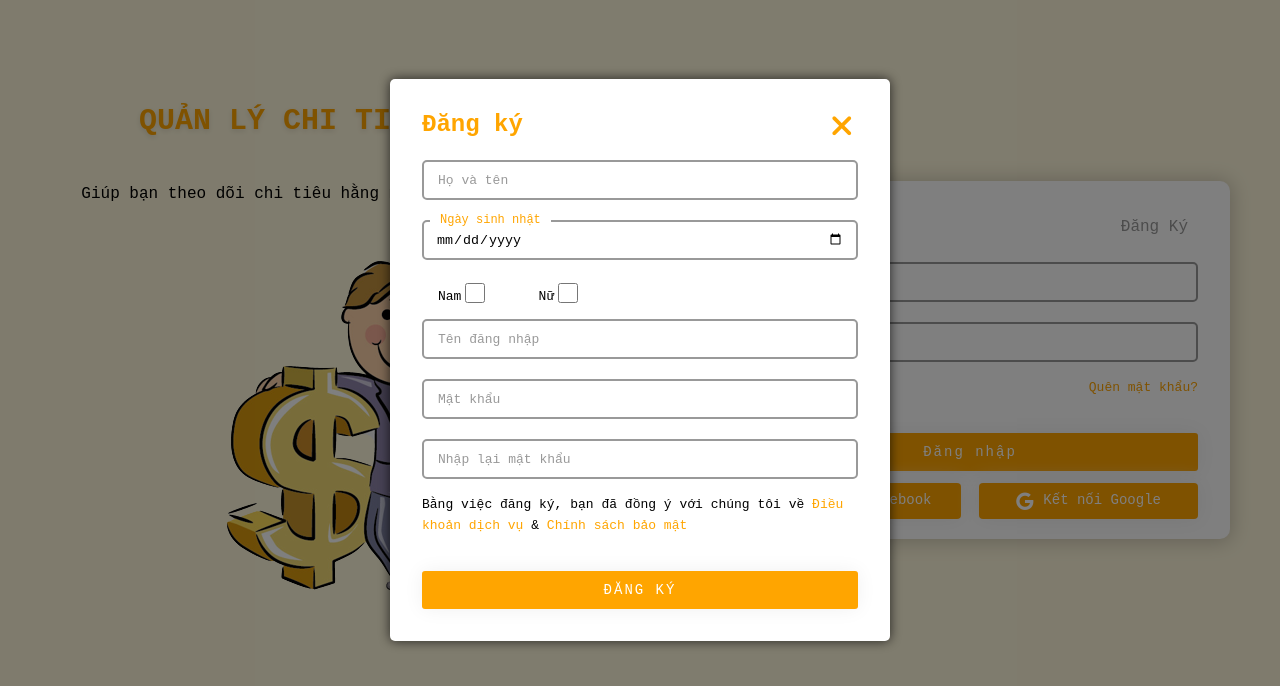
Repository: ximvhs/sochitieu
Page: start.html
These files come from the project's save history. The page is drawn as it stood at one moment and after the next save; the edit follows.
The browser window is 1280 px wide. The pictures show the whole page.
Some web fonts or font styles are not loaded; a fallback is used.

Above is the page before, as saved 2023-04-05 22:28:56.

### start.html
<!DOCTYPE html>
<html lang="en">
<head>
    <meta charset="UTF-8">
    <meta http-equiv="X-UA-Compatible" content="IE=edge">
    <meta name="viewport" content="width=device-width, initial-scale=1.0">
    <title>Đăng nhập</title>
    <link rel="stylesheet" href="./assets/css/login.css">
    <link rel="stylesheet" href="./assets/css/grid.css">
    <link rel="stylesheet" href="./assets/css/resets.css">
    <link rel="stylesheet" href="./assets/css/responsive.css">
    <link rel="stylesheet" href="./assets/css/base.css">
    <link rel="stylesheet" href="./themify-icons-font/themify-icons/themify-icons.css">
    <link rel="stylesheet" href="https://fonts.googleapis.com/css2?family=Material+Symbols+Outlined:opsz,wght,FILL,GRAD@20..48,100..700,0..1,-50..200" />
    <link rel="preconnect" href="https://fonts.googleapis.com">
    <link rel="preconnect" href="https://fonts.gstatic.com" crossorigin>
    <link href="https://fonts.googleapis.com/css2?family=Dongle:wght@700&display=swap" rel="stylesheet">
    <link rel="preconnect" href="https://fonts.gstatic.com">
    <link href="https://fonts.googleapis.com/css2?family=Open+Sans:ital,wght@0,400;0,600;0,700;0,800;1,400&display=swap"
    rel="stylesheet">
    <link rel="stylesheet" href="https://cdnjs.cloudflare.com/ajax/libs/font-awesome/6.4.0/css/all.min.css" integrity="sha512-iecdLmaskl7CVkqkXNQ/ZH/XLlvWZOJyj7Yy7tcenmpD1ypASozpmT/E0iPtmFIB46ZmdtAc9eNBvH0H/ZpiBw==" crossorigin="anonymous" referrerpolicy="no-referrer" />
</head>
<body>
    <form action="">
        <div class="modal js-show_login">
                <div class="modal__body">
                    <div class="auth-form--left">
                        <H1>QUẢN LÝ CHI TIÊU CÁ NHÂN</H1>
                        <p>Giúp bạn theo dõi chi tiêu hằng ngày một cách thông minh!</p>
                        <img src="./img/logo-login.png" alt="">
                    </div>
                    <div class="auth-form--right js-auth-form">
                        <div class="auth-form__container">
                            <div class="auth-form__header">
                                <h3 class="auth-form__heading">Đăng Nhập</h3>
                                <span class="auth-form__switch-btn js-register">Đăng Ký</span>
                            </div>

                            <div class="auth-form__form">
                                <div class="auth-form__group">
                                    <input type="text" class="auth-form__input" required placeholder=" ">
                                    <div class="form-label">Tên đăng nhập</div>
                                </div>
                                <div class="auth-form__group">
                                    <input type="password" class="auth-form__input" required placeholder=" ">
                                    <div class="form-label">Mật khẩu</div>
                                </div>
                            </div>

                            <div class="auth-form__aside">
                                <p class="auth-form__policy-text">
                                    <a href="#" class="auth-form__text-link">Quên mật khẩu?</a>
                                </p>
                            </div>

                            <div class="auth-form__controls">
                                <button class="btn btn--normal btn--primary">Đăng nhập</button>
                            </div>

                            <div class="auth-form__socials">
                                <a href="#" class="auth-form__socials--facebook btn btn--size-s btn--with-icon">
                                    <i class="auth-form__socials-icon fab fa-facebook-square"></i>
                                    <span class="auth-form__socials-text">Kết nối Facebook</span>
                                </a>
                                <a href="#" class="auth-form__socials--google btn btn--size-s btn--with-icon">
                                    <i class="auth-form__socials-icon fab fa-google"></i>
                                    <span class="auth-form__socials-text">Kết nối Google</span>
                                </a>
                            </div>
                        </div>

                    </div>
                </div>
        </div>
    </form>

    <form action="">
        <div class="modal_register js-show_register open">
                <div class="modal__body_register">
                     <div class="auth-form js-auth-form">
                        <div class="auth-form__container">
                            <div class="auth-form__header">
                                <h3 class="auth-form__heading">Đăng ký</h3>
                                <i class="fa-solid fa-xmark auth-form__heading--close js-close"></i>
                            </div>

                            <div class="auth-form__form">
                                <div class="auth-form__group">
                                    <input type="text" class="auth-form__input" required placeholder=" ">
                                    <div class="form-label">Họ và tên</div>
                                </div>
                                <div class="auth-form__group">
                                    <input type="date" class="auth-form__input" required placeholder=" ">
                                    <div class="form-label">Ngày sinh nhật</div>
                                </div>
                                <div class="auth-form__group_sex">
                                    <div class="list__sex">
                                        <div class="form-label">Nam</div>
                                        <input type="checkbox" class="auth-form__input-radio" required placeholder=" ">
                                    </div>
                                    <div class="list__sex">
                                        <div class="form-label">Nữ</div>
                                        <input type="checkbox" class="auth-form__input-radio" required placeholder=" ">
                                    </div>
                                </div>
                                <div class="auth-form__group">
                                    <input type="text" class="auth-form__input" required placeholder=" ">
                                    <div class="form-label">Tên đăng nhập</div>
                                </div>
                                <div class="auth-form__group">
                                    <input type="password" class="auth-form__input" required placeholder=" ">
                                    <div class="form-label">Mật khẩu</div>
                                </div>
                                <div class="auth-form__group">
                                    <input type="password" class="auth-form__input" required placeholder=" ">
                                    <div class="form-label">Nhập lại mật khẩu</div>
                                </div>
                            </div>

                            <div class="auth-form__aside">
                                <p class="auth-form__policy-text">
                                    Bằng việc đăng ký, bạn đã đồng ý với chúng tôi về
                                    <a href="#" class="auth-form__text-link">Điều khoản dịch vụ</a> &
                                    <a href="#" class="auth-form__text-link">Chính sách bảo mật</a>
                                </p>
                            </div>
                            <div class="auth-form__controls">
                                <button class="btn btn--normal btn--primary">ĐĂNG KÝ</button>
                            </div>
                        </div>

                    </div>
                </div>
        </div>
    </form>

   <script src="./start.js"></script>
</body>

</html>

### assets/css/login.css
.modal {
    /* background-image: linear-gradient(to top right, var(--primary-color), var(--secondary-color)); */
    background-color: var(--primary-color);
    height: 100vh;
}

.modal__body {
    height: 100vh;
    display: flex;
    justify-content: space-between;
    align-items: center;

}

.auth-form--left {
    height: 100vh;
    display: flex;
    justify-content: center;
    align-items: center;
    flex-direction: column;
    flex: 1;
}

.auth-form--left h1 {
    width: 100%;
    text-align: center;
    padding: 0;
    margin-top: 32px;
    font-size: 30px;
    color: var(--secondary-color);
    text-shadow: 0 2px 5px #33333323;
}

.auth-form--left p {
    width: 100%;
    text-align: center;
    padding: 0;
    margin-top: 32px;
    font-size: 16px;
    /* color: var(--secondary-color);
    text-shadow: 0 2px 5px #33333323; */
}



/* modal */
.itemhd button {
    height: 35px;
    width: 90px;
    margin-left: 10px;
    cursor: pointer;
    background-color: var(--secondary-color);
    border: none;
    border-radius: var(--border-box);
    padding: 5px;
    color: white;
    font-size: 14px;
    font-weight: 700;
}

.itemhd button:hover {
    opacity: 0.8;
}

.auth-form--right {
    margin-right: 50px ;
    width: 520px;
    background-color: white;
    border-radius: 10px;
    overflow: hidden;
    min-width: 40px;
    box-shadow: 0 1px 20px 2px rgb(0 0 0 / 20%);
}

.auth-form__container {
    padding: 12px  32px 20px 32px;
}

.auth-form__header {
    display: flex;
    justify-content: space-between;
    align-items: center;
}

.auth-form__heading {
    font-size: 24px;
    color: var(--secondary-color);
}

.auth-form__switch-btn {
    font-size: 16px;
    padding: 10px;
    color: var(--border-color);
}

.auth-form__switch-btn:hover {
    cursor: pointer;
    opacity: 0.7;
}

.auth-form__form input {
    width: 100%;
    height: 40px;
    padding: 12px;
    margin-bottom: 20px;
    border: solid 2px var(--border-color);
    outline: none;
    transition: all 0.5s ease;
    border-radius: 5px;
}

.auth-form__form input:focus {
    border: solid 2px var(--secondary-color);
}

.auth-form__group {
    position: relative;
}


.auth-form__group .form-label {
    position: absolute;
    font-size: 13px;
    color: var(--border-color);
    top: 35%;
    left: 16px;
    transform: translate(0,-50%);
    pointer-events: none;
    transition: all 0.3s ease;
    z-index: 1;
}

.auth-form__group .auth-form__input:not(:placeholder-shown) +.form-label,
.auth-form__group .auth-form__input:focus +.form-label {
    position: absolute;
    top: 0;
    left: 8px;
    display: inline-block;
    padding: 2px 10px;
    color: var(--secondary-color);
    font-size: 12px;
    z-index: 2;
    background-color: white;
}

.auth-form__text-link {
    text-decoration: none;
    color: var(--secondary-color);
}

.auth-form__text-link:hover {
    opacity: 0.7;
}


.auth-form__controls {
    display: flex;
    justify-content: right;
    height: 50px;
    width: 100%;
}

.auth-form__aside {
    float: right;
    margin: 10px 0 14px 0;
}

.auth-form__aside a:hover {
    color: var(--secondary-color);
    cursor: pointer;
}

.auth-form__policy-text {
    margin: -14px 0 20px 0;
    transition: all 0.3s ease;
}

.auth-form__controls .btn {
    width: 100%;
    height: 38px;
    letter-spacing: 2px;
    font-size: 14px;
    padding: 0 12px;
    border: none;
    border-radius: 3px;
    text-decoration: none;
    display: inline-flex;
    justify-content: center;
    align-items: center;
    cursor: pointer;
}

.auth-form__socials {
    width: 100%;
    display: flex;
    justify-content: space-between;

}

.auth-form__socials--facebook {
    width: 48%;
    height: 36px;
    display: flex;
    justify-content: center;
    align-items: center;
}

.auth-form__socials--google {
    width: 48%;
    display: flex;
    justify-content: center;
    align-items: center;
}

.auth-form__socials-icon {
    font-size: 18px;
    margin-right: 10px;
}

.auth-form__socials-text {
    font-size: 14px;
}

.modal_register {
    position: fixed;
    z-index: 3;
    background-color: rgba(0, 0, 0, 0.5);
    top: 0;
    bottom: 0;
    right: 0;
    left: 0;
    display: none;
    animation: fadeIn linear 0.1s;
    /* display: flex; */
}


.modal__body_register {
    position: relative;
    margin: auto;
}

.auth-form {
    width: 500px;
    background-color: white;
    border-radius: 5px;
    overflow: hidden;
    min-width: 20px;
    box-shadow: 0 0 12px rgb(0 0 0 / 70%);
    animation: Slide ease 0.5s;
}

.auth-form__group_sex {
    display: flex;
    /* justify-content:space-between; */
    align-items: center;
    margin-bottom: 4px ;
}

.auth-form__group_sex .list__sex .auth-form__input-radio {
    height: 20px;
    width: 20px;
    margin-bottom: 12px ;
}

.list__sex {
    display: flex;
    justify-content: center;
    align-items: center;
}

.list__sex:nth-child(1) {
    margin-left: 16px;
}

.list__sex:nth-child(2) {
    margin-left: 50px;
}

.js-show_register.open.modal_register {
    display: flex;
    justify-content: center;
    align-items: center;
    opacity: 1;
}

.auth-form__heading--close {
    font-size: 30px;
    color: var(--secondary-color);
    padding: 5px;
}

.auth-form__heading--close:hover {
    opacity: 0.7;
    cursor: pointer;
}

### assets/css/grid.css
.grid {
    width: 100%;
    display: block;
    padding: 0;
}

.grid.wide {
    max-width: 1200px;
    margin: 0 auto;
}

.row {
    display: flex;
    flex-wrap: wrap;
    margin-left: -4px;
    margin-right: -4px;
}

.row.no-gutters {
    margin-left: 0;
    margin-right: 0;
}

.col {
    padding-left: 4px;
    padding-right: 4px;
}

.row.no-gutters .col {
    padding-left: 0;
    padding-right: 0;
}

.c-0 {
    display: none;
}

.c-1 {
    flex: 0 0 8.33333%;
    max-width: 8.33333%;
}

.c-2 {
    flex: 0 0 16.66667%;
    max-width: 16.66667%;
}

.c-3 {
    flex: 0 0 25%;
    max-width: 25%;
}

.c-4 {
    flex: 0 0 33.33333%;
    max-width: 33.33333%;
}

.c-5 {
    flex: 0 0 41.66667%;
    max-width: 41.66667%;
}

.c-6 {
    flex: 0 0 50%;
    max-width: 50%;
}

.c-7 {
    flex: 0 0 58.33333%;
    max-width: 58.33333%;
}

.c-8 {
    flex: 0 0 66.66667%;
    max-width: 66.66667%;
}

.c-9 {
    flex: 0 0 75%;
    max-width: 75%;
}

.c-10 {
    flex: 0 0 83.33333%;
    max-width: 83.33333%;
}

.c-11 {
    flex: 0 0 91.66667%;
    max-width: 91.66667%;
}

.c-12 {
    flex: 0 0 100%;
    max-width: 100%;
}

.c-o-1 {
    margin-left: 8.33333%;
}

.c-o-2 {
    margin-left: 16.66667%;
}

.c-o-3 {
    margin-left: 25%;
}

.c-o-4 {
    margin-left: 33.33333%;
}

.c-o-5 {
    margin-left: 41.66667%;
}

.c-o-6 {
    margin-left: 50%;
}

.c-o-7 {
    margin-left: 58.33333%;
}

.c-o-8 {
    margin-left: 66.66667%;
}

.c-o-9 {
    margin-left: 75%;
}

.c-o-10 {
    margin-left: 83.33333%;
}

.c-o-11 {
    margin-left: 91.66667%;
}

/* >= Tablet */
@media (min-width: 740px) {
    .row {
        margin-left: -8px;
        margin-right: -8px;
    }

    .col {
        padding-left: 8px;
        padding-right: 8px;
    }

    .m-0 {
        display: none;
    }

    .m-1,
    .m-2,
    .m-3,
    .m-4,
    .m-5,
    .m-6,
    .m-7,
    .m-8,
    .m-9,
    .m-10,
    .m-11,
    .m-12 {
        display: block;
    }

    .m-1 {
        flex: 0 0 8.33333%;
        max-width: 8.33333%;
    }

    .m-2 {
        flex: 0 0 16.66667%;
        max-width: 16.66667%;
    }

    .m-3 {
        flex: 0 0 25%;
        max-width: 25%;
    }

    .m-4 {
        flex: 0 0 33.33333%;
        max-width: 33.33333%;
    }

    .m-5 {
        flex: 0 0 41.66667%;
        max-width: 41.66667%;
    }

    .m-6 {
        flex: 0 0 50%;
        max-width: 50%;
    }

    .m-7 {
        flex: 0 0 58.33333%;
        max-width: 58.33333%;
    }

    .m-8 {
        flex: 0 0 66.66667%;
        max-width: 66.66667%;
    }

    .m-9 {
        flex: 0 0 75%;
        max-width: 75%;
    }

    .m-10 {
        flex: 0 0 83.33333%;
        max-width: 83.33333%;
    }

    .m-11 {
        flex: 0 0 91.66667%;
        max-width: 91.66667%;
    }

    .m-12 {
        flex: 0 0 100%;
        max-width: 100%;
    }

    .m-o-1 {
        margin-left: 8.33333%;
    }

    .m-o-2 {
        margin-left: 16.66667%;
    }

    .m-o-3 {
        margin-left: 25%;
    }

    .m-o-4 {
        margin-left: 33.33333%;
    }

    .m-o-5 {
        margin-left: 41.66667%;
    }

    .m-o-6 {
        margin-left: 50%;
    }

    .m-o-7 {
        margin-left: 58.33333%;
    }

    .m-o-8 {
        margin-left: 66.66667%;
    }

    .m-o-9 {
        margin-left: 75%;
    }

    .m-o-10 {
        margin-left: 83.33333%;
    }

    .m-o-11 {
        margin-left: 91.66667%;
    }
}

/* PC medium resolution > */
@media (min-width: 1113px) {
    .row {
        margin-left: -12px;
        margin-right: -12px;
    }

    .row.sm-gutter {
        margin-left: -5px;
        margin-right: -5px;
    }

    .col {
        padding-left: 12px;
        padding-right: 12px;
    }

    .row.sm-gutter .col {
        padding-left: 5px;
        padding-right: 5px;
    }

    .l-0 {
        display: none;
    }

    .l-1,
    .l-2,
    .l-2-4,
    .l-3,
    .l-4,
    .l-5,
    .l-6,
    .l-7,
    .l-8,
    .l-9,
    .l-10,
    .l-11,
    .l-12 {
        display: block;
    }

    .l-1 {
        flex: 0 0 8.33333%;
        max-width: 8.33333%;
    }

    .l-2 {
        flex: 0 0 16.66667%;
        max-width: 16.66667%;
    }

    .l-2-4 {
        flex: 0 0 20%;
        max-width: 20%;
    }

    .l-3 {
        flex: 0 0 25%;
        max-width: 25%;
    }

    .l-4 {
        flex: 0 0 33.33333%;
        max-width: 33.33333%;
    }

    .l-5 {
        flex: 0 0 41.66667%;
        max-width: 41.66667%;
    }

    .l-6 {
        flex: 0 0 50%;
        max-width: 50%;
    }

    .l-7 {
        flex: 0 0 58.33333%;
        max-width: 58.33333%;
    }

    .l-8 {
        flex: 0 0 66.66667%;
        max-width: 66.66667%;
    }

    .l-9 {
        flex: 0 0 75%;
        max-width: 75%;
    }

    .l-10 {
        flex: 0 0 83.33333%;
        max-width: 83.33333%;
    }

    .l-11 {
        flex: 0 0 91.66667%;
        max-width: 91.66667%;
    }

    .l-12 {
        flex: 0 0 100%;
        max-width: 100%;
    }

    .l-o-1 {
        margin-left: 8.33333%;
    }

    .l-o-2 {
        margin-left: 16.66667%;
    }

    .l-o-3 {
        margin-left: 25%;
    }

    .l-o-4 {
        margin-left: 33.33333%;
    }

    .l-o-5 {
        margin-left: 41.66667%;
    }

    .l-o-6 {
        margin-left: 50%;
    }

    .l-o-7 {
        margin-left: 58.33333%;
    }

    .l-o-8 {
        margin-left: 66.66667%;
    }

    .l-o-9 {
        margin-left: 75%;
    }

    .l-o-10 {
        margin-left: 83.33333%;
    }

    .l-o-11 {
        margin-left: 91.66667%;
    }
}

/* Tablet - PC low resolution */
@media (min-width: 740px) and (max-width: 1023px) {
    .wide {
        width: 644px;
    }
}

/* > PC low resolution */
@media (min-width: 1024px) and (max-width: 1239px) {
    .wide {
        width: 984px;
    }

    .wide .row {
        margin-left: -12px;
        margin-right: -12px;
    }

    .wide .row.sm-gutter {
        margin-left: -5px;
        margin-right: -5px;
    }

    .wide .col {
        padding-left: 12px;
        padding-right: 12px;
    }

    .wide .row.sm-gutter .col {
        padding-left: 5px;
        padding-right: 5px;
    }

    .wide .l-0 {
        display: none;
    }

    .wide .l-1,
    .wide .l-2,
    .wide .l-2-4,
    .wide .l-3,
    .wide .l-4,
    .wide .l-5,
    .wide .l-6,
    .wide .l-7,
    .wide .l-8,
    .wide .l-9,
    .wide .l-10,
    .wide .l-11,
    .wide .l-12 {
        display: block;
    }

    .wide .l-1 {
        flex: 0 0 8.33333%;
        max-width: 8.33333%;
    }

    .wide .l-2 {
        flex: 0 0 16.66667%;
        max-width: 16.66667%;
    }

    .wide .l-2-4 {
        flex: 0 0 20%;
        max-width: 20%;
    }

    .wide .l-3 {
        flex: 0 0 25%;
        max-width: 25%;
    }

    .wide .l-4 {
        flex: 0 0 33.33333%;
        max-width: 33.33333%;
    }

    .wide .l-5 {
        flex: 0 0 41.66667%;
        max-width: 41.66667%;
    }

    .wide .l-6 {
        flex: 0 0 50%;
        max-width: 50%;
    }

    .wide .l-7 {
        flex: 0 0 58.33333%;
        max-width: 58.33333%;
    }

    .wide .l-8 {
        flex: 0 0 66.66667%;
        max-width: 66.66667%;
    }

    .wide .l-9 {
        flex: 0 0 75%;
        max-width: 75%;
    }

    .wide .l-10 {
        flex: 0 0 83.33333%;
        max-width: 83.33333%;
    }

    .wide .l-11 {
        flex: 0 0 91.66667%;
        max-width: 91.66667%;
    }

    .wide .l-12 {
        flex: 0 0 100%;
        max-width: 100%;
    }

    .wide .l-o-1 {
        margin-left: 8.33333%;
    }

    .wide .l-o-2 {
        margin-left: 16.66667%;
    }

    .wide .l-o-3 {
        margin-left: 25%;
    }

    .wide .l-o-4 {
        margin-left: 33.33333%;
    }

    .wide .l-o-5 {
        margin-left: 41.66667%;
    }

    .wide .l-o-6 {
        margin-left: 50%;
    }

    .wide .l-o-7 {
        margin-left: 58.33333%;
    }

    .wide .l-o-8 {
        margin-left: 66.66667%;
    }

    .wide .l-o-9 {
        margin-left: 75%;
    }

    .wide .l-o-10 {
        margin-left: 83.33333%;
    }

    .wide .l-o-11 {
        margin-left: 91.66667%;
    }
}

### assets/css/base.css
:root {
    --primary-color:cornsilk;
    --secondary-color:orange;
    --opacity-color:#f0f0f0;
    --white-color: white;
    --border-color:#999;


    --border-box: 5px;
    --size-text: 16px;
    --size-title: 20px;
}

*{
    font-family: monospace;
    box-sizing: inherit;
    box-sizing: border-box;


}

html {
    line-height: 1.6rem;
    box-sizing: border-box;
    scroll-behavior: smooth;
}

body {
    margin: 0;
}

a {
    color: var(--text-color);
    text-decoration: none;
}

ul {
    padding-left: 0;
}

i {
    display: block;
}

li {
    list-style: none;
}

.btn {
    /* position: absolute; */
    /* display: inline-block; */
    background-color: var(--secondary-color);
    background-size: 200% auto;
    color: var(--white-color);
    box-shadow: 0 0 20px var(--opacity-color);
    font-size: 10px;
    border: none;
    outline: none;
    cursor: pointer;
    border-radius: 4px;
    transition: all 0.2s ease-in;
}


.btn:hover {
    background-position: right center;
    opacity: 0.8;
    text-decoration: none;
}


/* animation */
@keyframes Slide {
    from {
        opacity: 0;
        transform: translateY(-150px);
    }
    to {
        opacity: 1;
        transform: translateY(0);
    }
}

### start.js
const regBtns = document.querySelectorAll('.js-register')
const modal = document.querySelector('.js-show_register')
function showModal() {
    modal.classList.add('open')
    modal1.classList.remove('open')
}
for (const regBtn of regBtns) {
    regBtn.addEventListener('click', showModal)
}


// close register
const closeBtn = document.querySelector('.js-close')
function hideBtn(){
    modal.classList.remove('open')
}
closeBtn.addEventListener('click', hideBtn)


// close when click outward
const authForms = document.querySelectorAll('.js-auth-form')
modal.addEventListener('click', hideBtn)
for (const authForm of authForms ) {
    authForm.addEventListener('click', function (event) {
        event.stopPropagation()
    })
}

Loaded but not shown: assets/css/resets.css (no stored copy; drawn as an empty file); assets/css/responsive.css (no stored copy; drawn as an empty file)

After the next save:
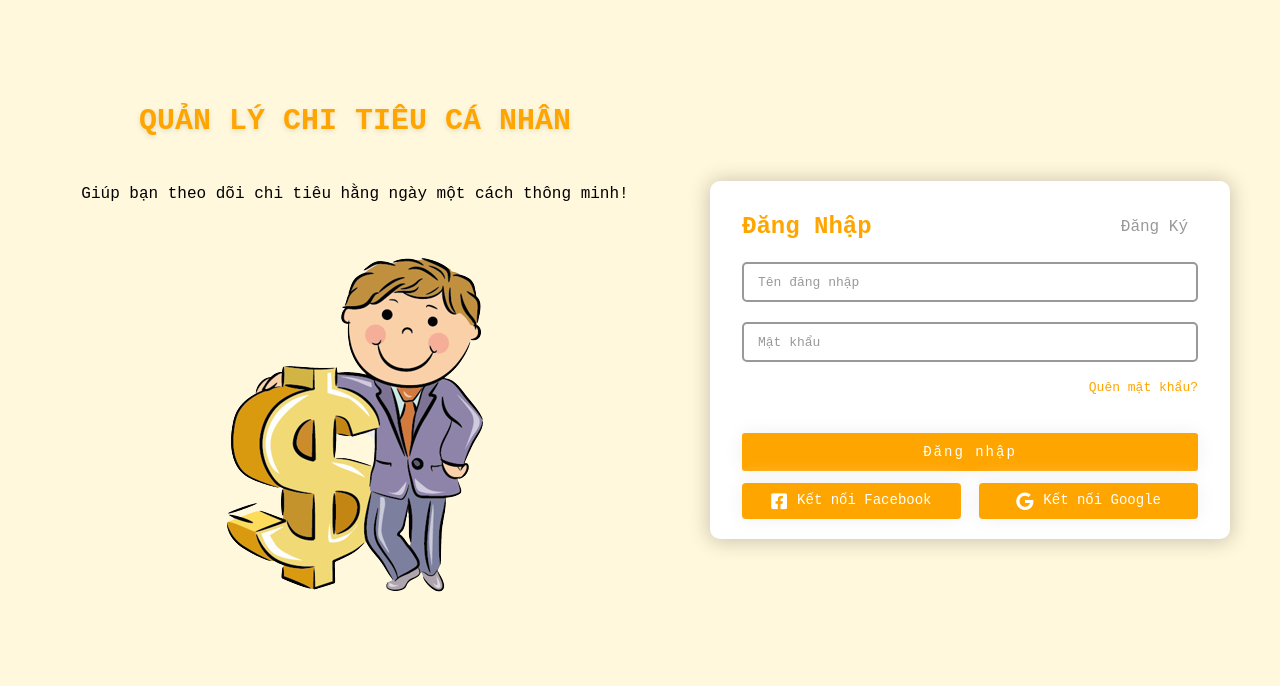
Saved 17 s later.
--- a/start.html
+++ b/start.html
@@ -75,7 +75,7 @@
     </form>
 
     <form action="">
-        <div class="modal_register js-show_register open">
+        <div class="modal_register js-show_register">
                 <div class="modal__body_register">
                      <div class="auth-form js-auth-form">
                         <div class="auth-form__container">
